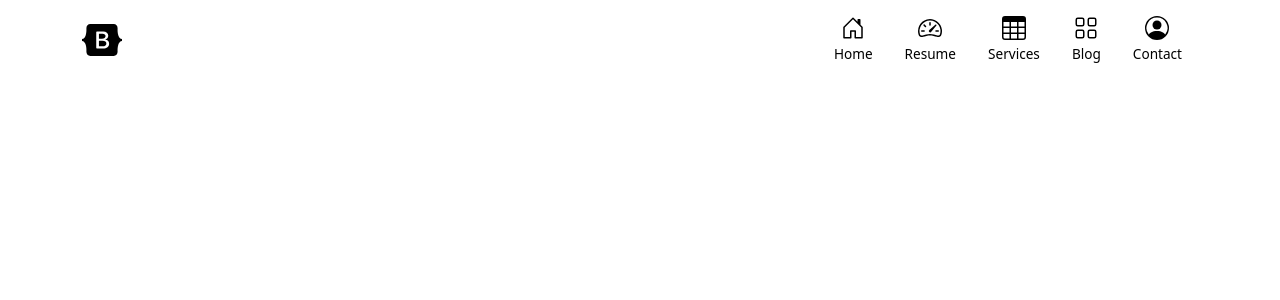
Repository: HeZhao-hugh/personal-web
Page: index.html
An editor plug-in stored every save of this project. The page is shown before and after the next save, followed by the edit.
The browser window is 1280 px wide. The pictures show the whole page.

Above is the page before, as saved 2022-01-19 17:29:59.

### index.html
<!DOCTYPE html>
<html lang="en">

<head>
    <meta charset="UTF-8">
    <meta http-equiv="X-UA-Compatible" content="IE=edge">
    <meta name="viewport" content="width=device-width, initial-scale=1.0">
    <link href="https://cdn.jsdelivr.net/npm/bootstrap@5.1.3/dist/css/bootstrap.min.css" rel="stylesheet"
        integrity="sha384-1BmE4kWBq78iYhFldvKuhfTAU6auU8tT94WrHftjDbrCEXSU1oBoqyl2QvZ6jIW3" crossorigin="anonymous">
    <script src="https://cdn.jsdelivr.net/npm/bootstrap@5.1.3/dist/js/bootstrap.bundle.min.js"
        integrity="sha384-ka7Sk0Gln4gmtz2MlQnikT1wXgYsOg+OMhuP+IlRH9sENBO0LRn5q+8nbTov4+1p" crossorigin="anonymous">
    </script>

    <!-- Custom styles for this template -->
    <link href="style.css" rel="stylesheet">
    <title>Document</title>
</head>

<body>
    <svg xmlns="http://www.w3.org/2000/svg" style="display: none;">
        <symbol id="bootstrap" viewBox="0 0 118 94">
            <title>Bootstrap</title>
            <path fill-rule="evenodd" clip-rule="evenodd"
                d="M24.509 0c-6.733 0-11.715 5.893-11.492 12.284.214 6.14-.064 14.092-2.066 20.577C8.943 39.365 5.547 43.485 0 44.014v5.972c5.547.529 8.943 4.649 10.951 11.153 2.002 6.485 2.28 14.437 2.066 20.577C12.794 88.106 17.776 94 24.51 94H93.5c6.733 0 11.714-5.893 11.491-12.284-.214-6.14.064-14.092 2.066-20.577 2.009-6.504 5.396-10.624 10.943-11.153v-5.972c-5.547-.529-8.934-4.649-10.943-11.153-2.002-6.484-2.28-14.437-2.066-20.577C105.214 5.894 100.233 0 93.5 0H24.508zM80 57.863C80 66.663 73.436 72 62.543 72H44a2 2 0 01-2-2V24a2 2 0 012-2h18.437c9.083 0 15.044 4.92 15.044 12.474 0 5.302-4.01 10.049-9.119 10.88v.277C75.317 46.394 80 51.21 80 57.863zM60.521 28.34H49.948v14.934h8.905c6.884 0 10.68-2.772 10.68-7.727 0-4.643-3.264-7.207-9.012-7.207zM49.948 49.2v16.458H60.91c7.167 0 10.964-2.876 10.964-8.281 0-5.406-3.903-8.178-11.425-8.178H49.948z">
            </path>
        </symbol>
        <symbol id="Home" viewBox="0 0 16 16">
            <path
                d="M8.354 1.146a.5.5 0 0 0-.708 0l-6 6A.5.5 0 0 0 1.5 7.5v7a.5.5 0 0 0 .5.5h4.5a.5.5 0 0 0 .5-.5v-4h2v4a.5.5 0 0 0 .5.5H14a.5.5 0 0 0 .5-.5v-7a.5.5 0 0 0-.146-.354L13 5.793V2.5a.5.5 0 0 0-.5-.5h-1a.5.5 0 0 0-.5.5v1.293L8.354 1.146zM2.5 14V7.707l5.5-5.5 5.5 5.5V14H10v-4a.5.5 0 0 0-.5-.5h-3a.5.5 0 0 0-.5.5v4H2.5z" />
        </symbol>
        <symbol id="Resume" viewBox="0 0 16 16">
            <path
                d="M8 4a.5.5 0 0 1 .5.5V6a.5.5 0 0 1-1 0V4.5A.5.5 0 0 1 8 4zM3.732 5.732a.5.5 0 0 1 .707 0l.915.914a.5.5 0 1 1-.708.708l-.914-.915a.5.5 0 0 1 0-.707zM2 10a.5.5 0 0 1 .5-.5h1.586a.5.5 0 0 1 0 1H2.5A.5.5 0 0 1 2 10zm9.5 0a.5.5 0 0 1 .5-.5h1.5a.5.5 0 0 1 0 1H12a.5.5 0 0 1-.5-.5zm.754-4.246a.389.389 0 0 0-.527-.02L7.547 9.31a.91.91 0 1 0 1.302 1.258l3.434-4.297a.389.389 0 0 0-.029-.518z" />
            <path fill-rule="evenodd"
                d="M0 10a8 8 0 1 1 15.547 2.661c-.442 1.253-1.845 1.602-2.932 1.25C11.309 13.488 9.475 13 8 13c-1.474 0-3.31.488-4.615.911-1.087.352-2.49.003-2.932-1.25A7.988 7.988 0 0 1 0 10zm8-7a7 7 0 0 0-6.603 9.329c.203.575.923.876 1.68.63C4.397 12.533 6.358 12 8 12s3.604.532 4.923.96c.757.245 1.477-.056 1.68-.631A7 7 0 0 0 8 3z" />
        </symbol>
        <symbol id="Services" viewBox="0 0 16 16">
            <path
                d="M0 2a2 2 0 0 1 2-2h12a2 2 0 0 1 2 2v12a2 2 0 0 1-2 2H2a2 2 0 0 1-2-2V2zm15 2h-4v3h4V4zm0 4h-4v3h4V8zm0 4h-4v3h3a1 1 0 0 0 1-1v-2zm-5 3v-3H6v3h4zm-5 0v-3H1v2a1 1 0 0 0 1 1h3zm-4-4h4V8H1v3zm0-4h4V4H1v3zm5-3v3h4V4H6zm4 4H6v3h4V8z" />
        </symbol>
        <symbol id="Contact" viewBox="0 0 16 16">
            <path d="M11 6a3 3 0 1 1-6 0 3 3 0 0 1 6 0z" />
            <path fill-rule="evenodd"
                d="M0 8a8 8 0 1 1 16 0A8 8 0 0 1 0 8zm8-7a7 7 0 0 0-5.468 11.37C3.242 11.226 4.805 10 8 10s4.757 1.225 5.468 2.37A7 7 0 0 0 8 1z" />
        </symbol>
        <symbol id="Blog" viewBox="0 0 16 16">
            <path
                d="M1 2.5A1.5 1.5 0 0 1 2.5 1h3A1.5 1.5 0 0 1 7 2.5v3A1.5 1.5 0 0 1 5.5 7h-3A1.5 1.5 0 0 1 1 5.5v-3zM2.5 2a.5.5 0 0 0-.5.5v3a.5.5 0 0 0 .5.5h3a.5.5 0 0 0 .5-.5v-3a.5.5 0 0 0-.5-.5h-3zm6.5.5A1.5 1.5 0 0 1 10.5 1h3A1.5 1.5 0 0 1 15 2.5v3A1.5 1.5 0 0 1 13.5 7h-3A1.5 1.5 0 0 1 9 5.5v-3zm1.5-.5a.5.5 0 0 0-.5.5v3a.5.5 0 0 0 .5.5h3a.5.5 0 0 0 .5-.5v-3a.5.5 0 0 0-.5-.5h-3zM1 10.5A1.5 1.5 0 0 1 2.5 9h3A1.5 1.5 0 0 1 7 10.5v3A1.5 1.5 0 0 1 5.5 15h-3A1.5 1.5 0 0 1 1 13.5v-3zm1.5-.5a.5.5 0 0 0-.5.5v3a.5.5 0 0 0 .5.5h3a.5.5 0 0 0 .5-.5v-3a.5.5 0 0 0-.5-.5h-3zm6.5.5A1.5 1.5 0 0 1 10.5 9h3a1.5 1.5 0 0 1 1.5 1.5v3a1.5 1.5 0 0 1-1.5 1.5h-3A1.5 1.5 0 0 1 9 13.5v-3zm1.5-.5a.5.5 0 0 0-.5.5v3a.5.5 0 0 0 .5.5h3a.5.5 0 0 0 .5-.5v-3a.5.5 0 0 0-.5-.5h-3z" />
        </symbol>
    </svg>

    <main>

        <header>
            <div class="px-5 py-2 bg-white text-black">
                <div class="container">
                    <div class="d-flex flex-wrap align-items-center justify-content-center justify-content-lg-start">
                        <a href="/"
                            class="d-flex align-items-center my-2 my-lg-0 me-lg-auto text-black text-decoration-none">
                            <svg class="bi me-2" width="40" height="32" role="img" aria-label="Bootstrap">
                                <use href="#bootstrap" /></svg>
                        </a>

                        <ul class="nav col-12 col-lg-auto my-2 justify-content-center my-md-0 text-small">
                            <li>
                                <a href="#" class="nav-link text-black">
                                    <svg class="bi d-block mx-auto mb-1" width="24" height="24">
                                        <use href="#Home" /></svg>
                                    Home
                                </a>
                            </li>
                            <li>
                                <a href="#" class="nav-link text-black">
                                    <svg class="bi d-block mx-auto mb-1" width="24" height="24">
                                        <use href="#Resume" /></svg>
                                    Resume
                                </a>
                            </li>
                            <li>
                                <a href="#" class="nav-link text-black">
                                    <svg class="bi d-block mx-auto mb-1" width="24" height="24">
                                        <use href="#Services" /></svg>
                                    Services
                                </a>
                            </li>

                            <li>
                                <a href="#" class="nav-link text-black">
                                    <svg class="bi d-block mx-auto mb-1" width="24" height="24">
                                        <use href="#Blog" /></svg>
                                    Blog
                                </a>
                            </li>
                            <li>
                                <a href="#" class="nav-link text-black">
                                    <svg class="bi d-block mx-auto mb-1" width="24" height="24">
                                        <use href="#Contact" /></svg>
                                    Contact
                                </a>
                            </li>
                        </ul>
                    </div>
                </div>
            </div>
        </header>
        <div class="pages">

        </div>
    </main>
</body>

</html>

### style.css

  .form-control-dark {
    color: #fff;
    background-color: var(--bs-dark);
    border-color: var(--bs-gray);
  }
  .form-control-dark:focus {
    color: #fff;
    background-color: var(--bs-dark);
    border-color: #fff;
    box-shadow: 0 0 0 .25rem rgba(255, 255, 255, .25);
  }

  .bi {
    vertical-align: -.125em;
    fill: currentColor;
  }

  .text-small {
    font-size: 85%;
  }

  .dropdown-toggle {
    outline: 0;
  }

After the next save:
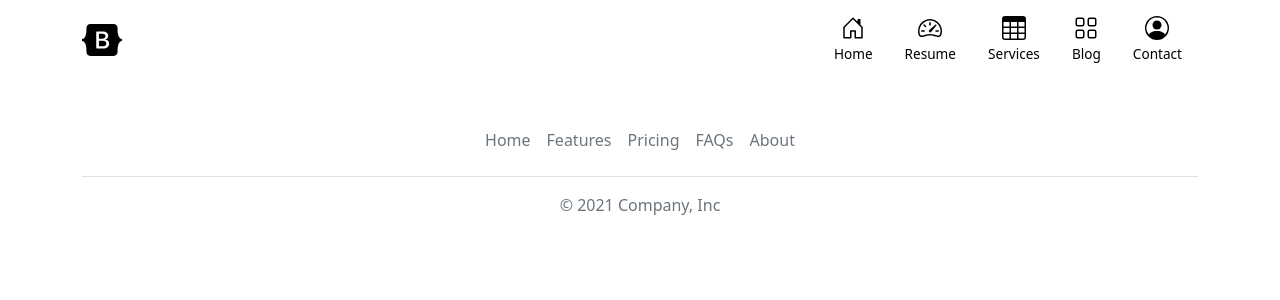
Saved 4 min 45 s later.
--- a/index.html
+++ b/index.html
@@ -106,6 +106,19 @@
         <div class="pages">
 
         </div>
+
+        <div class="container">
+            <footer class="py-3 my-4">
+                <ul class="nav justify-content-center border-bottom pb-3 mb-3">
+                    <li class="nav-item"><a href="#" class="nav-link px-2 text-muted">Home</a></li>
+                    <li class="nav-item"><a href="#" class="nav-link px-2 text-muted">Features</a></li>
+                    <li class="nav-item"><a href="#" class="nav-link px-2 text-muted">Pricing</a></li>
+                    <li class="nav-item"><a href="#" class="nav-link px-2 text-muted">FAQs</a></li>
+                    <li class="nav-item"><a href="#" class="nav-link px-2 text-muted">About</a></li>
+                </ul>
+                <p class="text-center text-muted">&copy; 2021 Company, Inc</p>
+            </footer>
+        </div>
     </main>
 </body>
 
